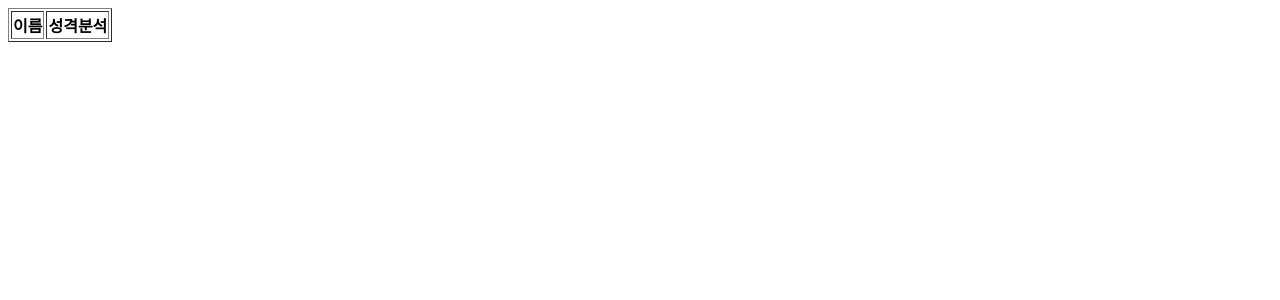
Repository: mnemion/BackendClass
Page: example/src/main/webapp/js17.html
The author's editor kept a copy of each file at every save. The page is drawn from the files as they stood at one save, then again after the next save.
The browser window is 1280 px wide. The pictures show the whole page.
The page's requests for data from a server got no answer.

Above is the page before, as saved 2023-09-04 08:17:56.
Console error (its wording comes from the project's code and is left out).

After the next save:
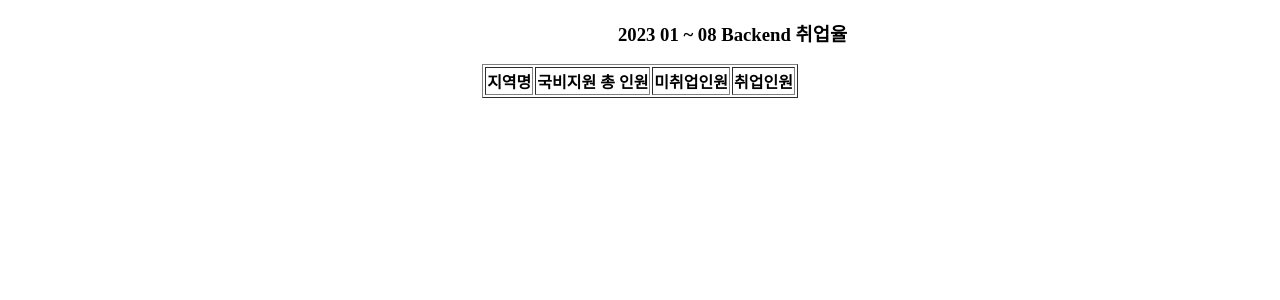
The error is gone.
Saved 5 min 41 s later.
--- a/example/src/main/webapp/js17.html
+++ b/example/src/main/webapp/js17.html
@@ -2,49 +2,54 @@
 <html>
 <head>
 <meta charset="UTF-8">
-<title>Servlet + JSON + Ajax - 외부서버 연계</title>
+<title>Servlet + JSON + Ajax - 외부서버 연계(job_data.java는 승균이형파트)</title>
 </head>
-<body> <!-- 192.168.110.214 -->
-	<table border="1">
+<body>
+    <h3 style="margin-left:610px;">2023 01 ~ 08 Backend 취업율</h3>
+	<table border="1" style="margin:0 auto;">
 		<thead>
 			<tr>
-				<th>이름</th>
-				<th>성격분석</th>
+				<th>지역명</th>
+				<th>국비지원 총 인원</th>
+				<th>미취업인원</th>
+				<th>취업인원</th>
 			</tr>
 		</thead>
-		<tbody id="datalist"></tbody>
+		<tbody id="datalist1"></tbody>
 	</table>
+
+    <script>
+        var ajax = new XMLHttpRequest();
+        ajax.onreadystatechange = function(){
+            if(ajax.readyState == 4){
+                if(ajax.status == 200){
+                    var msg = this.response;
+                    if(msg == "error"){
+                        alert("서버 접근에 문제가 발생함");
+                    }
+                    else if(msg == "key_error"){
+                        alert("보안키가 오류 발생 했습니다.");
+                    }
+                    else{
+                        var all_list = JSON.parse(msg);
+                        var html = document.getElementById("datalist1");
+                        all_list["user_list"].forEach(function(a,b){
+                            html.innerHTML += `<tr>
+                            <td>`+a["user_name"]+`</td>
+                            <td>`+a["user_person"]+`</td>
+                            <td>`+a["nojob"]+`</td>
+                            <td>`+a["yesjob"]+`</td>
+                            <tr>`;
+                        });
+                    }
+                }
+                else{
+                    console.log("통신 오류 발생!!")
+                }
+            }
+        }
+        ajax.open("GET","http://192.168.110.214:8081/example/job_data.do?key=a1234");
+        ajax.send();
+    </script>
 </body>
-<script>
-	var aj = new XMLHttpRequest();
-	aj.onreadystatechange = function(){
-		if(aj.readyState == 4){
-			if(aj.status == 200){
-				var msg = this.response;
-				if(msg == "error"){
-					alert("서버 접근에 문제가 발생함");
-				}
-				else if(msg == "key_error"){
-					alert("보안키가 오류 발생 했습니다.");
-				}
-				else{
-					var all_list = JSON.parse(msg);
-					var html = document.getElementById("datalist");
-					all_list["user_list"].forEach(function(a,b){
-						html.innerHTML += `<tr>
-						<td>`+a["user_name"]+`</td>
-						<td>`+a["analyze"]+`</td>
-						<tr>
-						`;
-					});
-				}
-			}
-			else{
-				console.log("통신 오류 발생!!")
-			}
-		}
-	}
-	aj.open("192.168.110.215:8081/");
-	aj.send();
-</script>
 </html>
